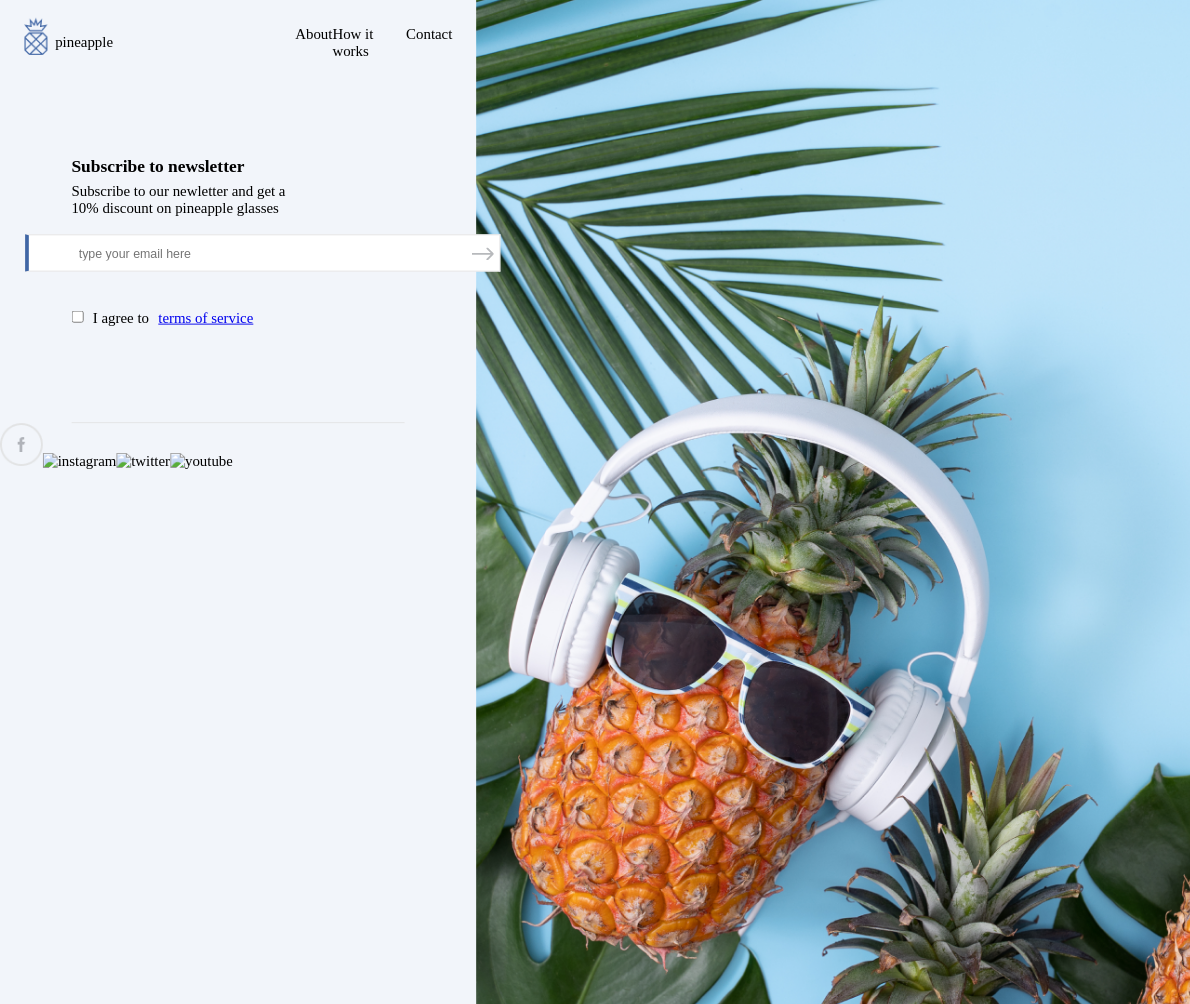
Repository: PaulsBebris/megabit-task
Page: /
These files come from the project's save history. The page is drawn as it stood at one moment and after the next save; the edit follows.
The browser window is 1280 px wide. The pictures show the whole page, at 93% of full size.
The project was rebuilt for these pictures with package versions that can differ from the ones it lists, and the page was loaded fresh each time.

Above is the page before, as saved 2021-04-19 15:09:07.

After the next save:
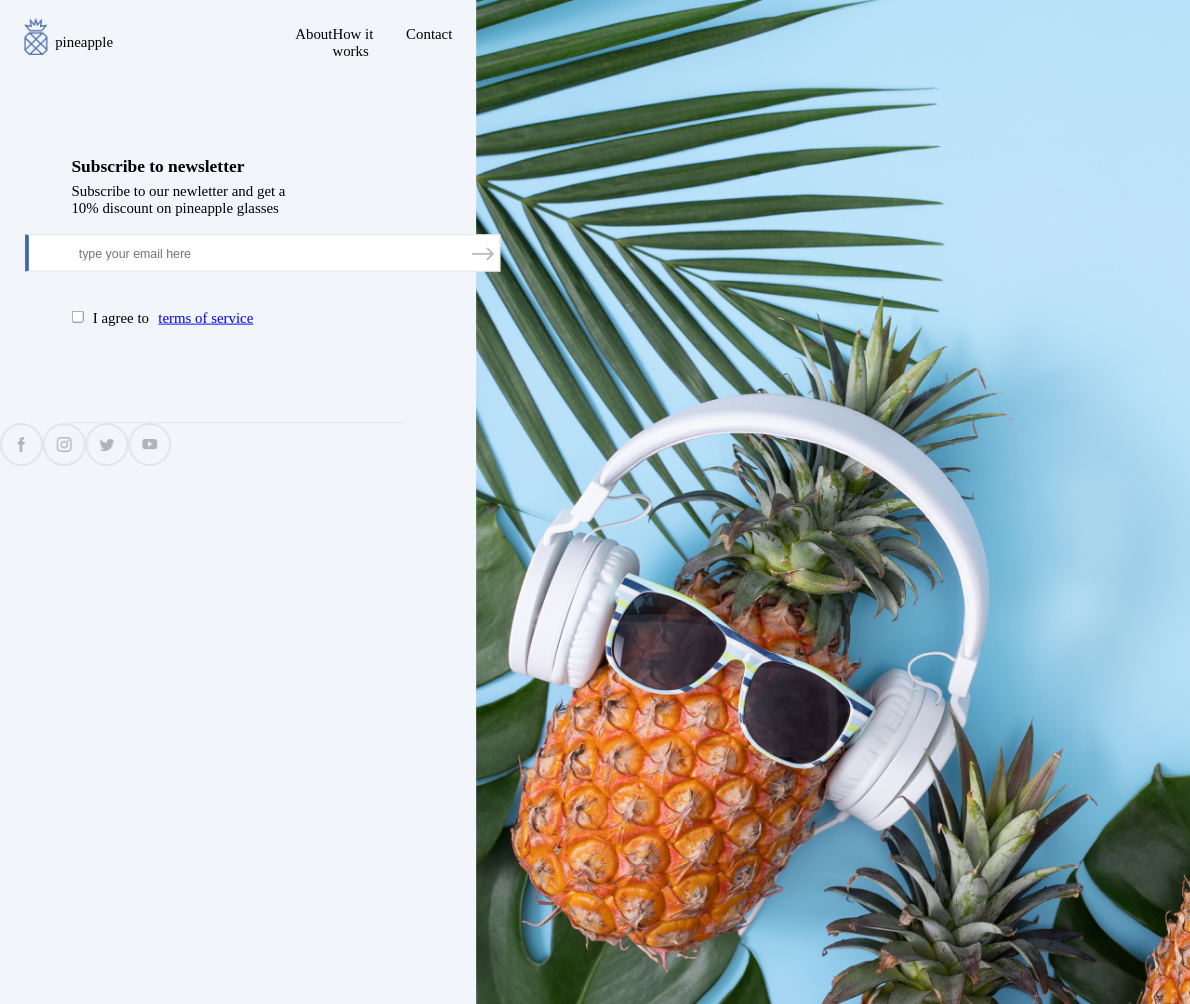
Saved 2 min 16 s later.
--- a/src/views/Home.vue
+++ b/src/views/Home.vue
@@ -34,9 +34,9 @@
       </div>
       <div class="social-wrapper">
         <img src="../assets/img/Facebook.png" alt="facebook">
-        <img src="" alt="instagram">
-        <img src="" alt="twitter">
-        <img src="" alt="youtube">
+        <img src="../assets/img/Instagram.png" alt="instagram">
+        <img src="../assets/img/Twitter.png" alt="twitter">
+        <img src="../assets/img/Youtube.png" alt="youtube">
       </div>
     </div>
     <div class="base-image">
